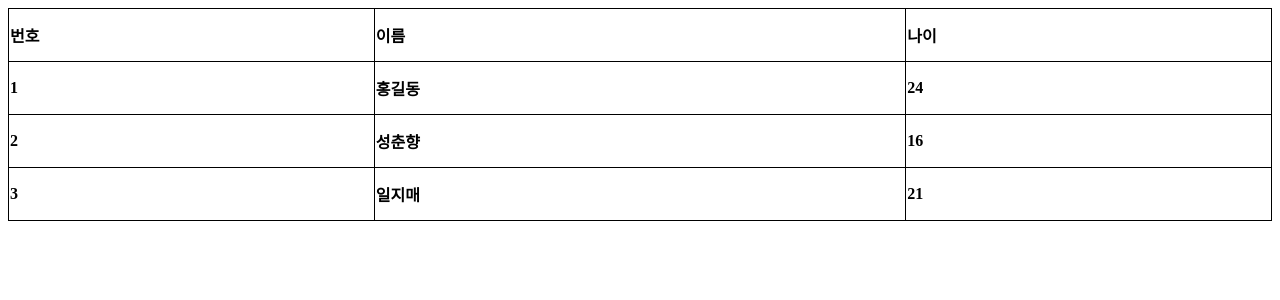
Repository: Seokho96/CSSPractice
Page: css/sample02/WebContent/index3.html
An editor plug-in stored every save of this project. The page is shown before and after the next save, followed by the edit.
The browser window is 1280 px wide. The pictures show the whole page.

Above is the page before, as saved 2020-07-13 02:57:56.

### css/sample02/WebContent/index3.html
<!DOCTYPE html>
<html>
<head>
<meta charset="UTF-8">
<title>Insert title here</title>

<style type="text/css">
table{

  width: 100%;
  border-collapse: collapse;
}
table, th, td{
   border: 1px solid black;
}
th{
   height: 50px;
   text-align: left;
}

</style>
</head>
<body>

<table>
<tr>
    <th>번호</th><th>이름</th><th>나이</th>
</tr>
<tr>
    <th>1</th><th>홍길동</th><th>24</th>
</tr>
<tr>
    <th>2</th><th>성춘향</th><th>16</th>
</tr>
<tr>
    <th>3</th><th>일지매</th><th>21</th>
</tr>

</table>

</body>
</html>

After the next save:
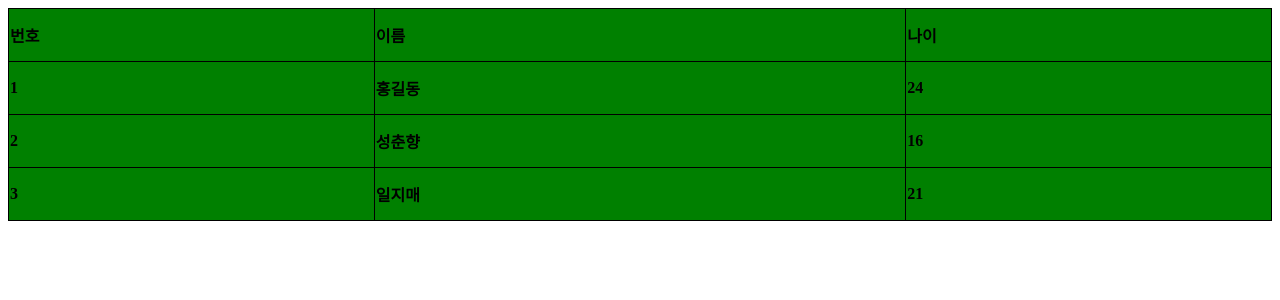
Saved 21 s later.
--- a/css/sample02/WebContent/index3.html
+++ b/css/sample02/WebContent/index3.html
@@ -16,6 +16,7 @@ table, th, td{
 th{
    height: 50px;
    text-align: left;
+   background-color: green;
 }
 
 </style>
